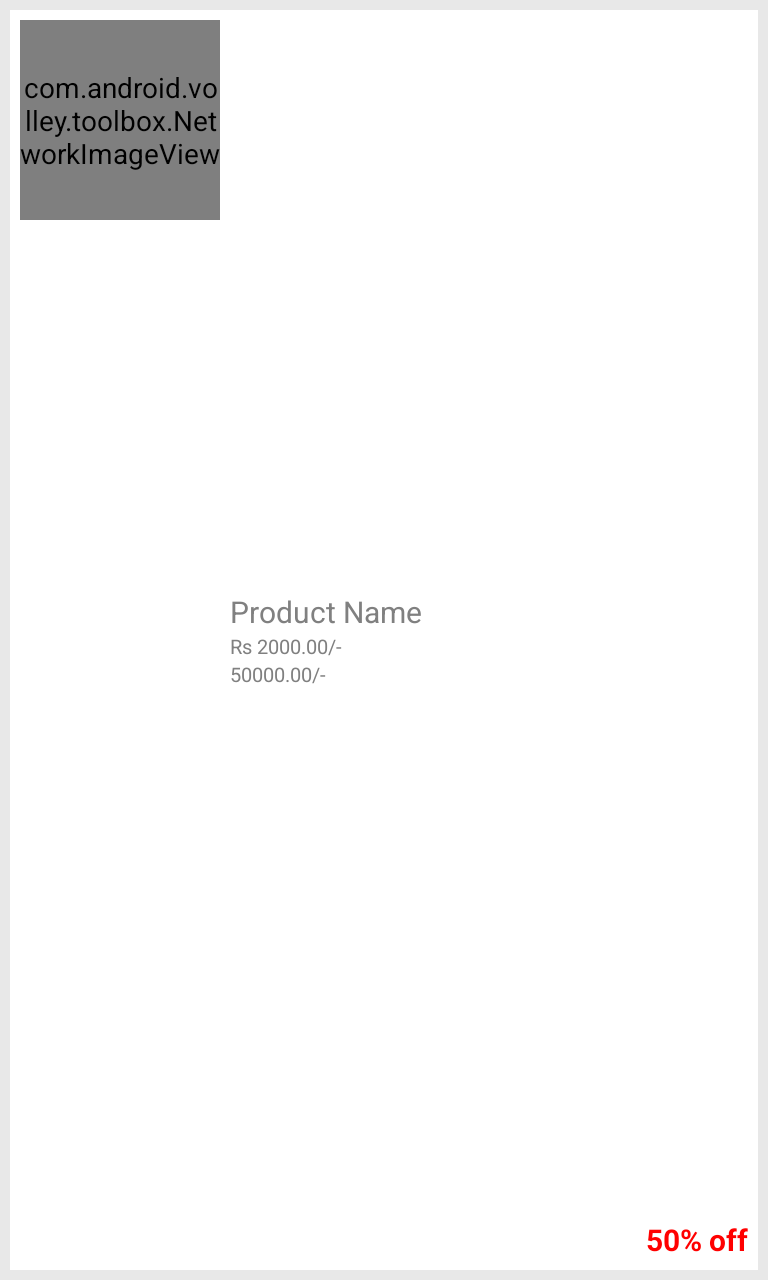
Repository: thisisdemo333/BigDiscount
Layout: BigDiscounts/res/layout/view_lv_search_list.xml
The author's editor kept a copy of each file at every save. The layout is drawn from the files as they stood at one save, then again after the next save.
Pictures or frames that could not be fetched are drawn as grey boxes. It is drawn on a 768 x 1280 px phone screen (xhdpi) without system bars, with theme AppTheme; the app's code is not run.

Above is the layout before, as saved 2015-05-11 05:31:53.

After the next save:
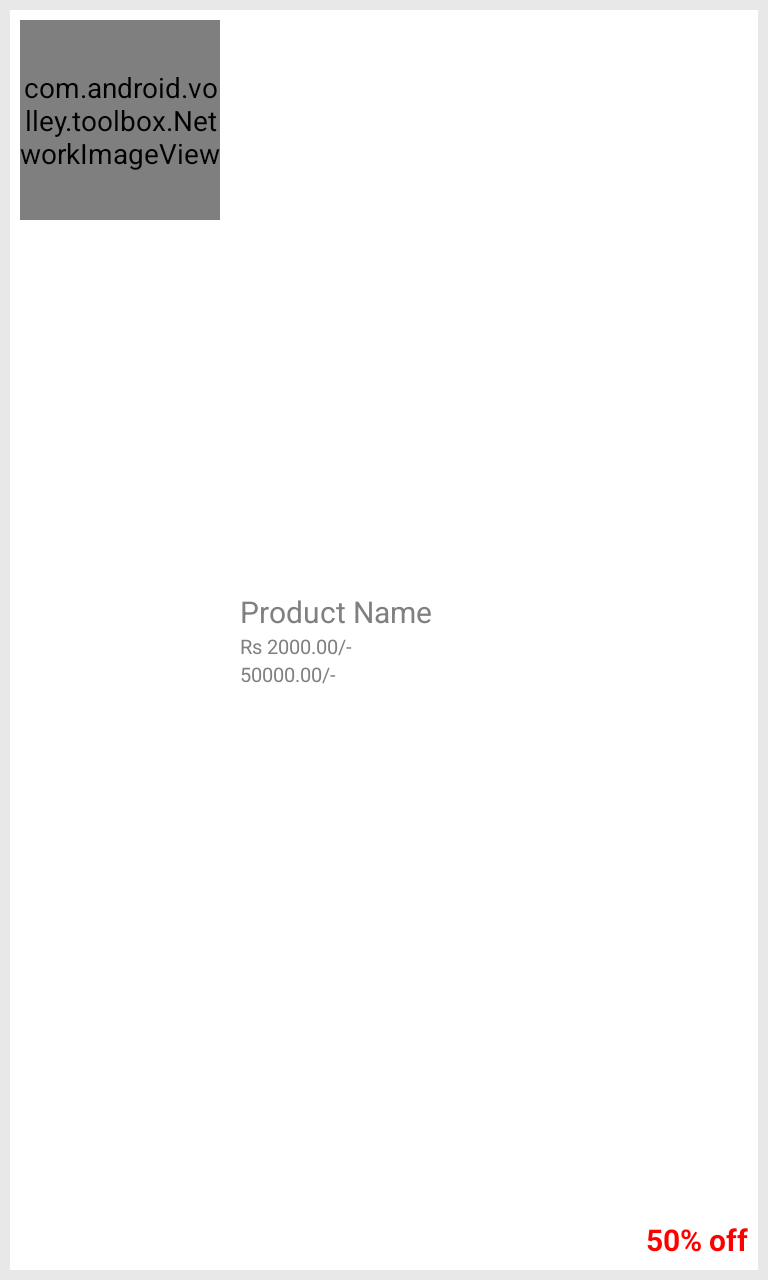
Saved 95 s later.
--- a/BigDiscounts/res/layout/view_lv_search_list.xml
+++ b/BigDiscounts/res/layout/view_lv_search_list.xml
@@ -40,7 +40,7 @@
             android:layout_height="wrap_content"
             android:layout_centerVertical="true"
             android:layout_toRightOf="@+id/image_loader"
-            android:layout_marginLeft="@dimen/margin_5dp"
+            android:layout_marginLeft="@dimen/margin_10dp"
             android:orientation="vertical" >
 
             <TextView
